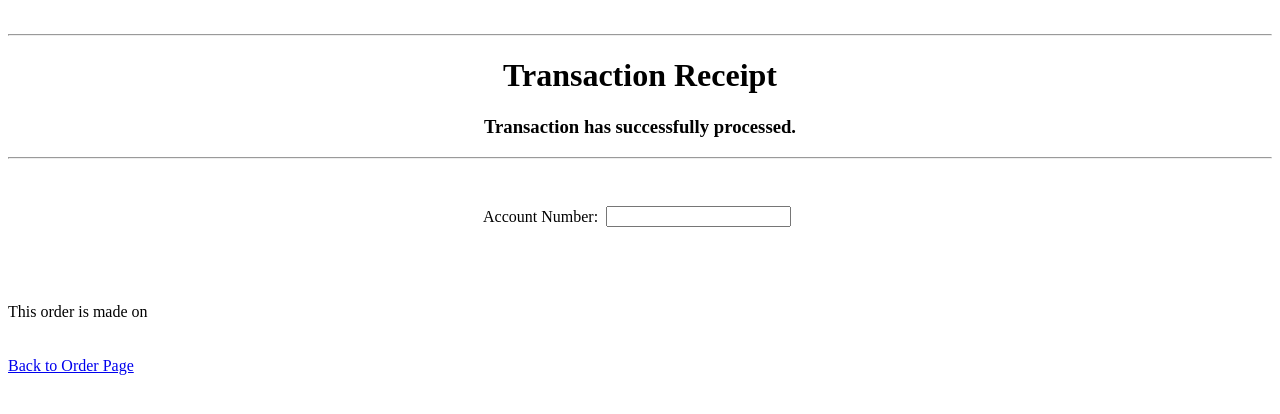
Repository: Jeck97/Mcdonald-Delivery-System
Page: http://localhost/McDelivery/bankService/transactionSuccessPage.jsp
The author's editor kept a copy of each file at every save. The page is drawn from the files as they stood at one save, then again after the next save.
The browser window is 1280 px wide. The pictures show the whole page.
The page is served by Tomcat 9. Other server files are loaded and not shown.

Above is the page before, as saved 2020-07-12 21:28:16.

### McDelivery/WebContent/bankService/transactionSuccessPage.jsp
<%@page import="mcdelivery.model.Account"%>
<%@ page language="java" contentType="text/html; charset=ISO-8859-1"
    pageEncoding="ISO-8859-1"%>

<%
	// Get account for displaying information
	Account account = (Account) session.getAttribute("account");

	// Get amount
	String amount = String.format("%.2f", session.getAttribute("amount"));
%>

<!DOCTYPE html>
<html>
<head>
<meta charset="ISO-8859-1">
<title>Receipt Page</title>
</head>
<body>


	<br>

	<hr>

	<h1 style="text-align: center;">Transaction Receipt</h1>

	<h3 style="text-align: center;">Transaction has successfully processed.</h3>

	<hr>

	<table style="align-content: space-between; margin:auto; width: 320px; height: 100px;">
		<tr>
			<td><label for="account_number">Account Number:</label></td>
			<td><input id="account_number" name="account_number"
				type="number" value="${account_number}" required></td>
		</tr>

	</table>

	<br>


	<br>

	<span>This order is made on <b><!--%=LocalDate.now().toString()%--></b></span><br>


		<br><br>

		<a href="paymentServlet">Back to Order Page</a>

	</form>

</body>
</html>

After the next save:
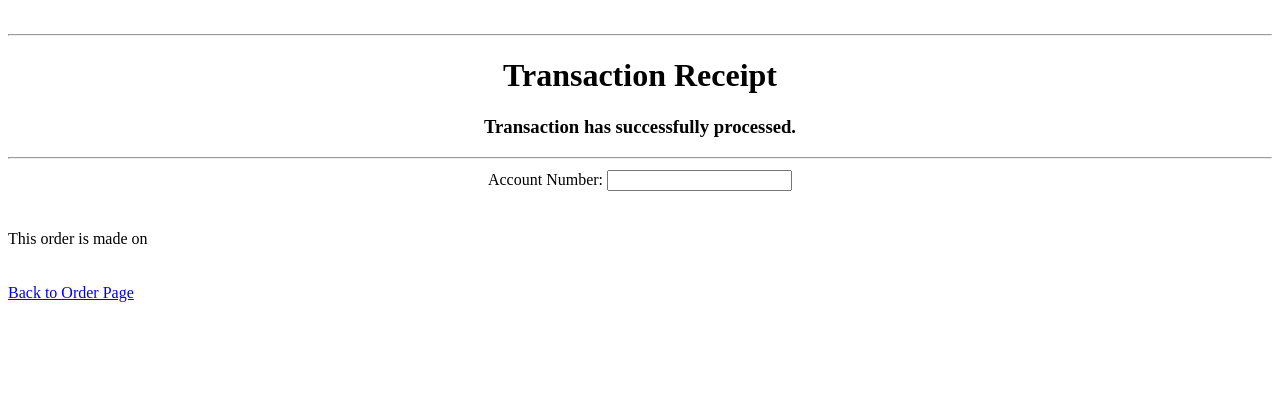
Saved 25 s later.
--- a/McDelivery/WebContent/bankService/transactionSuccessPage.jsp
+++ b/McDelivery/WebContent/bankService/transactionSuccessPage.jsp
@@ -29,7 +29,7 @@
 
 	<hr>
 
-	<table style="align-content: space-between; margin:auto; width: 320px; height: 100px;">
+	<table style="align-content: space-between; margin:auto;">
 		<tr>
 			<td><label for="account_number">Account Number:</label></td>
 			<td><input id="account_number" name="account_number"
